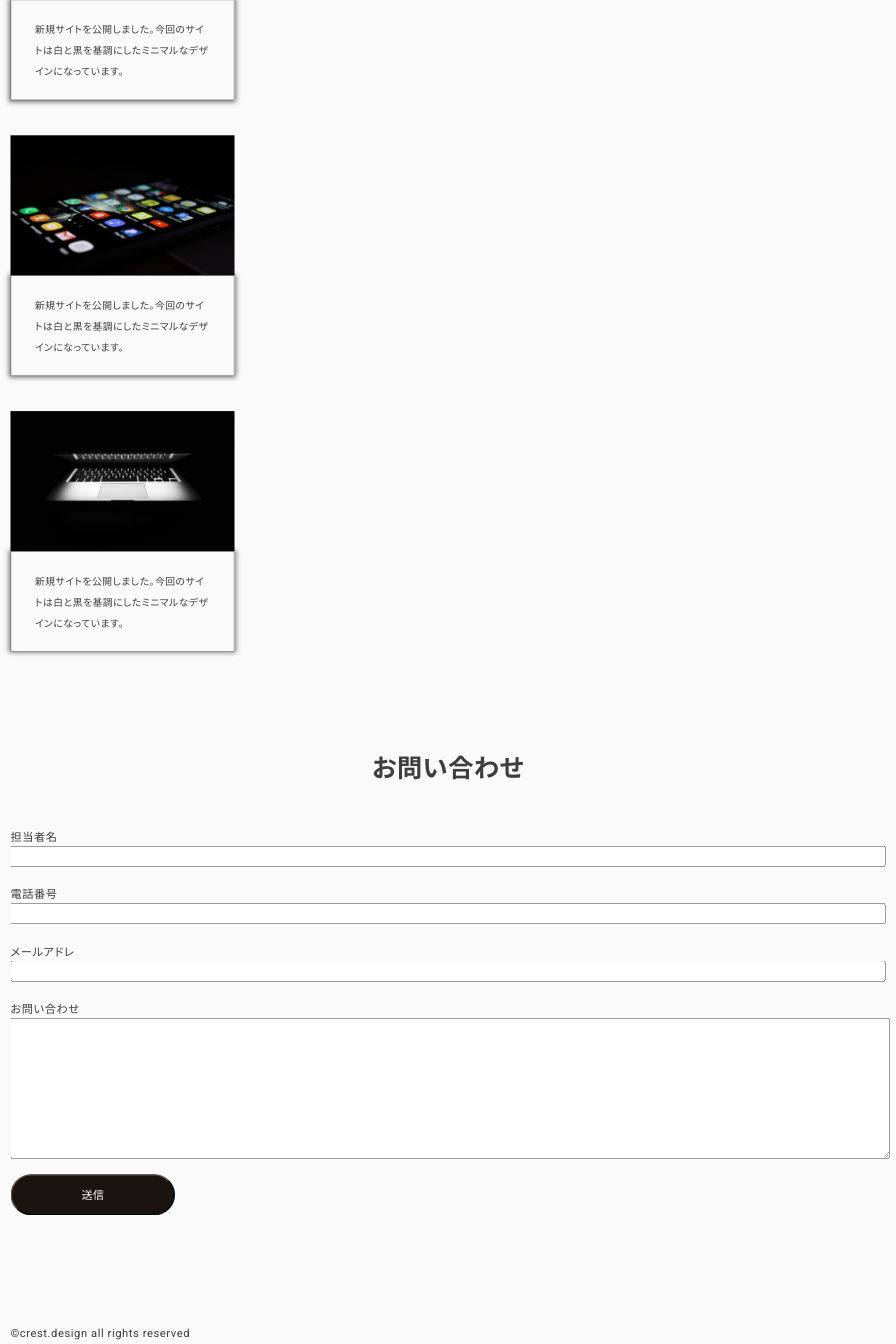
Repository: hatarakimono-kumasan/kurisuta_1st
Page: index.html
An editor plug-in stored every save of this project. The page is shown before and after the next save, followed by the edit.
The browser window is 1280 px wide. The pictures show the part of the page from y = 4016 to 5936 px (the page is 5936 px tall), at 70% of full size.
Some web libraries are served in a nearby version. The style sheet was rebuilt from its Sass, Less or Tailwind sources for each picture, by a compiler version that may differ from the author's.

Above is the page before, as saved 2020-05-15 12:01:49.

### index.html
<!DOCTYPE html>
<html lang="ja">
	<head>
		<meta charset="UTF-8" />
		<meta name="viewport" content="width=device-width, initial-scale=1.0" />
		<meta http-equiv="X-UA-Compatible" content="ie=edge" />
		<title>Cresta.design</title>
		<meta name="keywords" content="カンマ区切りで10個以内推奨" />
		<meta name="description" content="120文字以内" />
		<meta property="og:title" content="このページのタイトル" />
		<meta property="og:type" content="TOPページはwebsite、子ページはarticle" />
		<meta property="og:url" content="このページのURL" />
		<meta property="og:image" content="1200×630以上推奨、絶対パスで指定" />
		<meta property="og:site_name" content="サイト名" />
		<meta property="og:description" content="80〜90文字推奨" />
		<meta name="twitter:card" content="summary or summary_large_image" />
		<meta name="twitter:site" content="@ユーザー名" />
		<meta name="format-detection" content="telephone=no" />
		<!-- <link rel="shortcut icon" sizes="16x16" href="ファビコン" />
		<link rel="apple-touch-icon" sizes="192x192" href="タッチアイコン" />
		<link rel="shortcut icon" sizes="192x192" href="タッチアイコン" /> -->
		<meta name="last-modified" content="Sun, 29 Dec 2019 20:30:30 GMT" />
		<link
			href="https://use.fontawesome.com/releases/v5.6.1/css/all.css"
			rel="stylesheet"
		/>
		<link rel="stylesheet" href="style.css" />
		<script
			src="https://code.jquery.com/jquery-3.4.1.min.js"
			integrity="sha256-CSXorXvZcTkaix6Yvo6HppcZGetbYMGWSFlBw8HfCJo="
			crossorigin="anonymous"
		></script>
	</head>
	<body>
		<!-- header -->
		<header class="header">
			<h1 class="site-title"><a href="./">クリ★スタ</a></h1>
			<div class="nav-wrapper">
				<nav class="header-nav">
					<ul class="nav-list" lang="en">
						<li class="nav-contact_item"><a href="#about">About</a></li>
						<li class="nav-contact_item"><a href="#service">Service</a></li>
						<li class="nav-contact_item"><a href="#news">News</a></li>
						<li class="nav-contact_item"><a href="#contact">Contact</a></li>
					</ul>
				</nav>
			</div>
			<button class="burger-btn">
				<span class="bars">
					<span class="bar bar_top"></span>
					<span class="bar bar_mid"></span>
					<span class="bar bar_bottom"></span>
				</span>
			</button>
		</header>
		<!-- //header -->

		<!--first view-->
		<div class="first_view">
			<img src="img/fv-bgi_sp@2x.jpg" alt="サイトイメージ" />
			<p>Cresta Design.</p>
		</div>
		<!--//first view-->

		<main>
			<!--about-->
			<section class="about" id="about">
				<h2 lang="en">About</h2>
				<h3>
					ミニマルで<br />
					洗練されたデザインを。
				</h3>
				<p>
					近年、ミニマルなデザインが流行しています。そこで弊社では、クライアント企業様新規サービス等の課題に対してミニマルで洗練されたデザインを実現させることで解決のサポートを致します。もちろん全てのサービスにおいてミニマルなデザインが課題解決になるわけではないので、課題や今後のサービスの展開等しっかりとヒアリングを行なった上でご提案させて頂きます。
				</p>
			</section>
			<!--//about-->

			<!--service-->
			<section class="service" id="service">
				<h2 lang="en">Service</h2>
				<h3>リリース時のサポートで サービスのブランディングを</h3>
				<p>
					弊社では、リリース時もサポートさせて頂きます。プレスリリース用のサイトや動画制作を通して、サービスのブランディングを行わせて頂きます。
				</p>
				<img src="/img/service-image@2x.jpg" alt="サービス" />
				<h3>リリース後のサポートで 効果を最大化させる</h3>
				<p>
					弊社では、リリース後もサポートさせて頂きます。サービスはリリース後に様々な課題にぶつかります。そこでクライアント様と一緒に改善を行うことで、デザインの効果を最大化させます。
				</p>
				<img src="/img/service-image02@2x.jpg" alt="サービス" />
			</section>
			<!--//service-->

			<!--news-->
			<section class="news" id="news">
				<h2 lang="en">News</h2>
				<div class="news_card_wrapper">
					<div class="news_card">
						<img
							class="card-img"
							src="img/card-image1@2x.jpg"
							alt="newsイメージ"
						/>
						<div class="card-content">
							<p class="card-text">
								新規サイトを公開しました。今回のサイトは白と黒を基調にしたミニマルなデザインになっています。
							</p>
						</div>
						<!--//card-content-->
					</div>
					<!--//news_card-->
					<div class="news_card">
						<img
							class="card-img"
							src="img/card-image2@2x.jpg"
							alt="newsイメージ"
						/>
						<div class="card-content">
							<p class="card-text">
								新規サイトを公開しました。今回のサイトは白と黒を基調にしたミニマルなデザインになっています。
							</p>
						</div>
						<!--//card-content-->
					</div>
					<!--//news_card-->
					<div class="news_card">
						<img
							class="card-img"
							src="img/card-image3@2x.jpg"
							alt="newsイメージ"
						/>
						<div class="card-content">
							<p class="card-text">
								新規サイトを公開しました。今回のサイトは白と黒を基調にしたミニマルなデザインになっています。
							</p>
						</div>
						<!--//card-content-->
					</div>
					<!--//news_card-->
				</div>
				<!--//news_card_wrapper-->
			</section>
			<!--//news-->

			<!--contact-->
			<section class="contact" id="contact">
				<h2>お問い合わせ</h2>
				<form>
					<div class="contact_item">
						<label class="label">担当者名</label>
						<input class="inputs" type="text" name="name" />
					</div>

					<div class="contact_item">
						<label class="label">電話番号</label>
						<input class="inputs" type="tel" name="telephone" />
					</div>

					<div class="contact_item">
						<label class="label">メールアドレス</label>
						<input class="inputs" type="email" name="email" />
					</div>

					<div class="contact_item">
						<label class="label">お問い合わせ内容</label>
						<textarea class="inputs"></textarea>
					</div>

					<div class="btn-area">
						<input type="submit" value="送信" />
					</div>
				</form>
			</section>
			<!--//contact-->

			<!--footer-->
			<footer>
				<small lang="en" class="copy_right"
					>&copy;crest.design all rights reserved</small
				>
			</footer>
			<!--//footer-->
		</main>
		<script src="drawer.js"></script>
	</body>
</html>

### drawer.js
$(".burger-btn").on("click", function () {
	//.btn_triggerをクリックすると
	$(".burger-btn").toggleClass("close"); //.btn_triggerにcloseクラスを付与(ボタンのアニメーション)
	$(".nav-wrapper").fadeToggle(500); //.nav-wrapperが0.5秒でフェードイン(メニューのフェードイン)
	$("body").toggleClass("noscroll"); //bodyにnoscrollクラスを付与(スクロールを固定)
});

if ($(window).width() < 768) {
	//デバイスの幅が768以下のとき
	$(".nav-item>a").on("click", function () {
		//.nav-item>aをクリックすると
		$(".nav-wrapper").fadeOut(500); //.nav-wrapperが0.5秒でフェードアウト(メニューのフェードアウト)
		$(".burger-btn").removeClass("close"); //.btn_triggerのcloseクラスを削除
		$("body").removeClass("noscroll"); //bodyのnoscrollクラスを削除
	});
}

### style.scss
/* ======================================
Foundation
====================================== */

@import "scss/foundation/reset";
@import "scss/foundation/mixin";
@import "scss/foundation/settings";
@import "scss/foundation/base";

/* ======================================
Layout
====================================== */

@import "scss/layout/header";
// @import 'layout/nav';
@import "scss/layout/main";
// @import 'layout/footer';

/* ======================================
Object
====================================== */

/**
Component
----------------------------------- */

// @import 'object/component/';

/**
Project
----------------------------------- */

// @import 'object/project/';

/**
Utility
----------------------------------- */
// @import 'object/utility/';

### scss/foundation/_reset.scss
html,
body,
div,
span,
object,
iframe,
h1,
h2,
h3,
h4,
h5,
h6,
p,
blockquote,
pre,
abbr,
address,
cite,
code,
del,
dfn,
em,
img,
ins,
kbd,
q,
samp,
small,
strong,
sub,
sup,
var,
b,
i,
dl,
dt,
dd,
ol,
ul,
li,
fieldset,
form,
label,
legend,
table,
caption,
tbody,
tfoot,
thead,
tr,
th,
td,
article,
aside,
canvas,
details,
figcaption,
figure,
footer,
header,
hgroup,
menu,
nav,
section,
summary,
time,
mark,
audio,
video {
	margin: 0;
	padding: 0;
	border: 0;
	outline: 0;
	font-size: 100%;
	vertical-align: baseline;
	background: transparent;
}
body {
	line-height: 1;
}
article,
aside,
details,
figcaption,
figure,
footer,
header,
hgroup,
menu,
nav,
section,
main {
	display: block;
}
ol,
ul {
	list-style: none;
}
blockquote,
q {
	quotes: none;
}
blockquote:before,
blockquote:after,
q:before,
q:after {
	content: "";
	content: none;
}
a {
	margin: 0;
	padding: 0;
	font-size: 100%;
	vertical-align: baseline;
	background: transparent;
}
ins {
	background-color: #ff9;
	color: #333;
	text-decoration: none;
}
mark {
	background-color: #ff9;
	color: #333;
	font-style: italic;
	font-weight: bold;
}
del {
	text-decoration: line-through;
}
abbr[title],
dfn[title] {
	border-bottom: 1px dotted;
	cursor: help;
}
table {
	border-collapse: collapse;
	border-spacing: 0;
}
hr {
	display: block;
	height: 1px;
	border: 0;
	border-top: 1px solid #cccccc;
	margin: 1em 0;
	padding: 0;
}
input,
select {
	vertical-align: middle;
}

### scss/foundation/_mixin.scss
/*================================================= mixin (mobile to pc)
=================================================*/
$tab: 768px;
$lap: 1024px;
$pc: 1200px;

@mixin tab {
	@media screen and (min-width: ($tab)) {
		@content;
	}
}

@mixin lap {
	@media screen and (min-width: ($lap)) {
		@content;
	}
}

@mixin pc {
	@media screen and (min-width: ($pc)) {
		@content;
	}
}

/*================================================= トラッキング(letter-spacing)のmixin
=================================================*/
@mixin tracking($tracking) {
	letter-spacing: ($tracking / 1000) + em;
}

// 利用するとき
//   p {
//    @include tracking(16);
//   }

### scss/foundation/_settings.scss
/*
font
------------------------------------------*/
@import url("https://fonts.googleapis.com/css2?family=Roboto:wght@400;700&display=swap");
@import url("https://fonts.googleapis.com/css2?family=Noto+Sans+JP:wght@700&display=swap");
body {
	font-family: Roboto, "Noto Sans JP", 游ゴシック, "Yu Gothic", 游ゴシック体,
		YuGothic, "ヒラギノ角ゴ Pro W3", "Hiragino Kaku Gothic Pro", "Meiryo UI",
		メイリオ, Meiryo, sans-serif;
	font-size: medium;
	letter-spacing: 0.05em;
	word-break: break-all;
}
h1,
h2,
h3,
h4,
h5,
strong {
	font-weight: bold;
}
/*和文と英文でfontを分ける
-----------------------------------------------------------------*/
/*(和文)*/
:lang(ja) {
	font-family: "Noto Sans JP", sans-serif, "Font Awesome 5 Brands";
	color: #3e3e3e;
}
/*（英文）*/
:lang(en) {
	font-family: Roboto, sans-serif;
	color: #3e3e3e;
}

/*フォントサイズ
https://websemantics.uk/tools/responsive-font-calculator/
-------------------------------------------------*/
html {
	font-size: 62.5%;
}
body {
	font-size: 1.6rem; /* 16px*/
	line-height: 2;
}
h1 {
	font-size: 26px; /* IE8以下とAndroid4.3以下用フォールバック */
	font-size: 2.6rem;
	line-height: calc(24 / 36);
	font-family: Roboto;
}
h2 {
	font-size: 36px; /* IE8以下とAndroid4.3以下用フォールバック */
	font-size: 3.6rem;
	line-height: calc(24 / 36);
	text-align: center;
}
h3 {
	font-size: 20px; /* IE8以下とAndroid4.3以下用フォールバック */
	font-size: 2rem;
	line-height: calc(40 / 20);
}
p {
	font-size: 14px; /* IE8以下とAndroid4.3以下用フォールバック */
	font-size: 1.4rem;
	line-height: calc(30 / 14);
	@include tracking(50);
}

### scss/foundation/_base.scss
/*
Base
---------------------------------------------- */
html {
	box-sizing: border-box;
	height: 100%;
}
body {
	height: 100%;
	font-feature-settings: "palt";
	color: #0d0d0d;
	background-color: #fafafa;
}
img {
	max-width: 100%;
	height: auto;
	vertical-align: bottom;
}
a {
	color: inherit;
}
input,
textarea {
	font-family: inherit;
	font-size: 100%;
}

### scss/layout/_header.scss
// body {
// 	color: #141414;
// 	font-size: 1.4rem;
// 	line-height: 1.8;
// 	letter-spacing: 0.05em;

// 	font-family: "Roboto", sans-serif, "Noto Sans JP", sans-serif;
// }
.noscroll {
	overflow: hidden;
}
/* img {
	width: 100%;
	vertical-align: bottom;
} */
a {
	text-decoration: none;
	color: #fff;
}
// .section-title {
// 	font-size: 3.6rem;
// 	font-weight: bold;
// 	text-align: center;
// 	letter-spacing: 0.05em;
// 	margin-bottom: 70px;
// }
// h3 {
// 	font-size: 2.4rem;
// 	font-weight: bold;
// 	line-height: 2;
// 	letter-spacing: 0.1em;
// 	margin-bottom: 40px;
// }
// .section-wrapper {
// 	padding: 100px 10% 50px;
// }

/* ------------------ */
/* header */
/* ------------------ */
.header {
	background-color: #1b1310;
	color: #fff;
	height: 74px;
	display: flex;
	justify-content: space-between;
	align-items: center;
	padding: 0 120px;
	border-bottom: 1px solid #fff;
}
.nav-list {
	/* navの横並び */
	display: flex;
}
.nav-item {
	/* メニューの右側に余白 */
	margin-right: 55px;
}
.burger-btn {
	display: none;
}

@media screen and (max-width: 768px) {
	/* ----------------------- */
	/* base_sp
/* ----------------------- */

	// h3 {
	// 	font-size: 2rem;
	// 	margin-bottom: 30px;
	// }
	// .section-wrapper {
	// 	padding: 100px 5% 50px;
	// }
	/* ------------------ */
	/* humberger-menu */
	/* ------------------ */
	.header {
		padding: 0 5%;
	}
	.burger-btn {
		display: block;
		width: 39px;
		height: 39px;
		position: relative;
		z-index: 3;
		/*   codepenの挙動のため */
		background-color: transparent;
		border: none;
	}
	.bar {
		width: 20px;
		height: 1px;
		display: block;
		position: absolute;
		left: 50%;
		transform: translateX(-50%);
		background-color: #fff;
	}
	.bar_top {
		top: 10px;
	}
	.bar_mid {
		top: 50%;
		transform: translate(-50%, -50%);
	}
	.bar_bottom {
		bottom: 10px;
	}
	.burger-btn.close .bar_top {
		transform: translate(-50%, 10px) rotate(45deg);
		transition: transform 0.3s;
	}
	.burger-btn.close .bar_mid {
		opacity: 0;
		transition: opacity 0.3s;
	}
	.burger-btn.close .bar_bottom {
		transform: translate(-50%, -8px) rotate(-45deg);
		transition: transform 0.3s;
	}
	.nav-wrapper {
		display: none;
		width: 100vw;
		height: 100vh;
		position: fixed;
		top: 0;
		left: 0;
		z-index: 2; /*キービジュアルと.btn_triggerとの重なりの前後関係を調整*/
	}
	.header-nav {
		width: 100%;
		height: 100%;
		background-color: #1b1310;
		z-index: 2;
	}
	.header-nav .nav-list {
		display: block;
		position: absolute;
		top: 50%;
		left: 50%;
		transform: translate(-50%, -50%);
		text-align: center;
	}
	.header-nav .nav-item {
		margin-right: 0;
		margin-bottom: 40px;
	}
}

### scss/layout/_main.scss
/*=======================================
first view
=========================================*/
.first_view {
	width: 100%;
	position: relative;

	img {
		min-width: 100%;
	}
	p {
		width: 300px;
		height: 100px;
		border: #fff 2px solid;
		color: #fff;
		position: absolute;
		transform: translateY(-50%);
		font-size: 3rem;
		top: 50%;
		left: 50%;
		text-align: center;
		transform: translate(-50%, -50%);
		line-height: 100px;
	}
}

/*=============================================
all
===============================================*/
main {
	width: calc(100% - 30px);
	margin: auto;
	margin-top: 10rem;
	margin-bottom: 5rem;
}
.about,
.service,
.news,
.contact {
	width: 100%;
	margin-bottom: 15rem;
	h2 {
		margin-bottom: 7.3rem;
	}
	h3 {
		margin-bottom: 3.1rem;
	}
}

/*=============================================
about
===============================================*/

/*=============================================
service
===============================================*/
.service {
	img {
		margin: 4rem 0 5.1rem;
	}
}

/*=============================================
news
===============================================*/
.news {
	.news_card_wrapper {
		.news_card {
			width: 32rem;
			margin-bottom: 5rem;

			.card-content {
				border: 1px solid #707070;
				box-shadow: 0px 0px 7px 2px #707070;

				p {
					margin: 2.6rem 3.4rem;
				}
			}
		}
	}
}

/*=============================================
contact
===============================================*/
.contact {
	form {
		.contact_item {
			display: flex;
			flex-direction: column;
			.label {
				width: 100px;
				height: 30px;
			}
			.inputs {
				margin-bottom: 22px;
			}
			textarea {
				width: 100%;
				height: 195px;
			}
		}
		.btn-area {
			margin: auto;
			input {
				width: 235px;
				height: 59px;
				border-radius: 30px;
				background-color: #1b1310;
				color: #fff;
			}
		}
	}
}

After the next save:
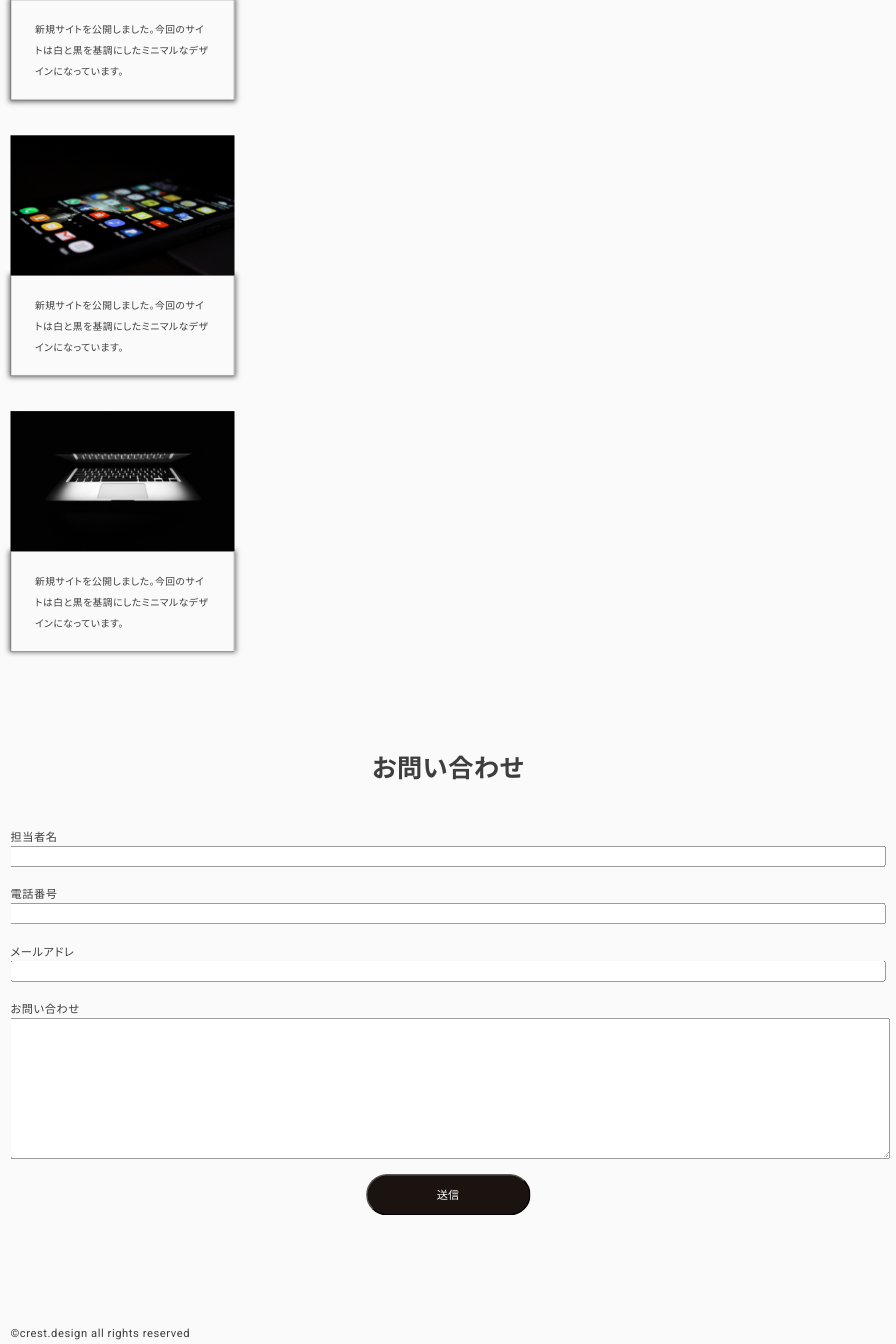
Saved 108 s later.
--- a/scss/layout/_main.scss
+++ b/scss/layout/_main.scss
@@ -102,7 +102,7 @@ contact
 			}
 		}
 		.btn-area {
-			margin: auto;
+			text-align: center;
 			input {
 				width: 235px;
 				height: 59px;
